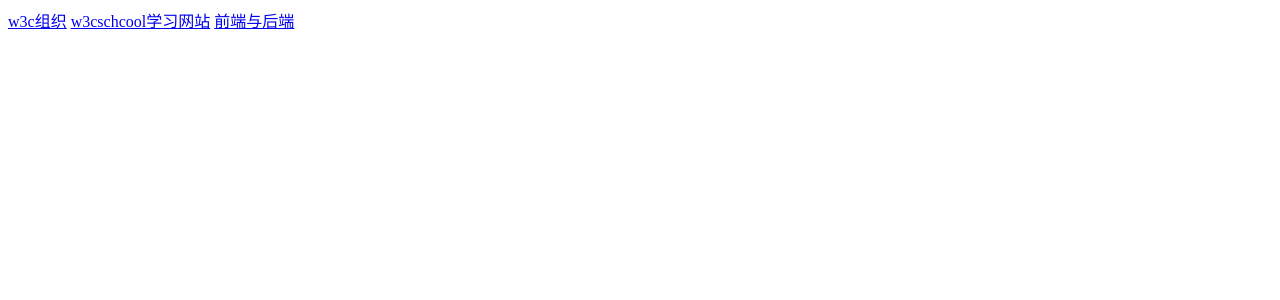
Repository: kankda11/WebProject1
Page: front.html
These files come from the project's save history. The page is drawn as it stood at one moment and after the next save; the edit follows.
The browser window is 1280 px wide. The pictures show the whole page.

Above is the page before, as saved 2020-07-11 14:25:39.

After the next save:
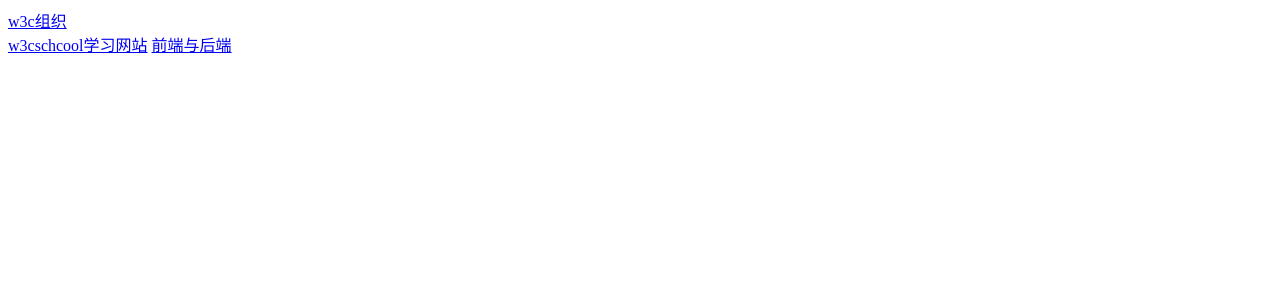
Saved 36 s later.
--- a/front.html
+++ b/front.html
@@ -6,7 +6,7 @@
     <title>web前端开发</title>
   </head>
   <body>
-    <a href="http://www.w3c.org">w3c组织</a>
+    <a href="http://www.w3c.org">w3c组织</a><br>
     <a href="http://www.w3cschool.com.cn">w3cschcool学习网站</a>
     <a href="test.html">前端与后端</a>
   </body>
